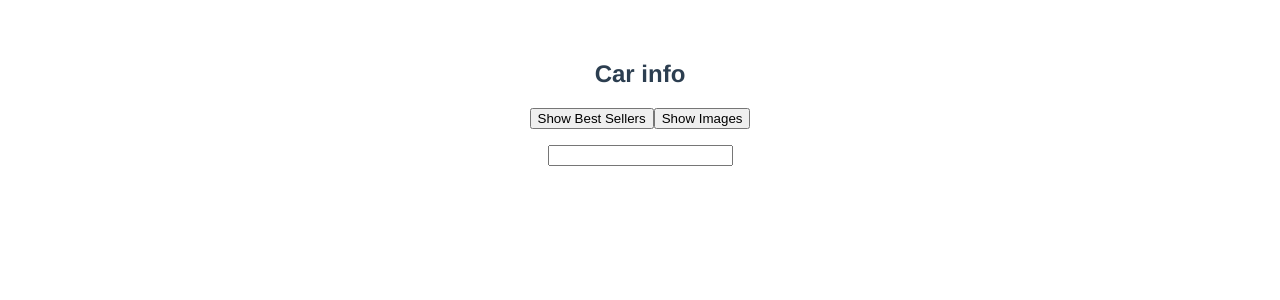
Repository: shadowmare358/vueVinCheck
Page: /
The author's editor kept a copy of each file at every save. The page is drawn from the files as they stood at one save, then again after the next save.
The browser window is 1280 px wide. The pictures show the whole page.
The project was rebuilt for these pictures with package versions that can differ from the ones it lists, and the page was loaded fresh each time.

Above is the page before, as saved 2019-10-27 12:44:10.

### public/index.html
<!DOCTYPE html>
<html lang="en">
  <head>
    <meta charset="utf-8">
    <meta http-equiv="X-UA-Compatible" content="IE=edge">
    <meta name="viewport" content="width=device-width,initial-scale=1.0">
    <link rel="icon" href="<%= BASE_URL %>favicon.ico">
    <title>vue-carconfig</title>
  </head>
  <body>
    <noscript>
      <strong>We're sorry but vue-carconfig doesn't work properly without JavaScript enabled. Please enable it to continue.</strong>
    </noscript>
    <div id="app"></div>
    <!-- built files will be auto injected -->
  </body>
</html>

### src/App.vue
<template>
  <div id="app">
    <search></search>
  </div>
</template>

<script>
import Search from './components/Search.vue'

export default {
  name: 'app',
  components: {
    Search
  }
}

</script>

<style>
#app {
  font-family: 'Avenir', Helvetica, Arial, sans-serif;
  -webkit-font-smoothing: antialiased;
  -moz-osx-font-smoothing: grayscale;
  text-align: center;
  color: #2c3e50;
  margin-top: 60px;
}
</style>

### src/components/Search.vue
<template>
  <div class="search">
    <h2>Car info</h2>
    <button v-on:click="getResults()">Show Best Sellers</button>
    <button v-on:click="getImageResults()">Show Images</button>
    <div v-if="!carResults"></div>
    <ul>
        <li v-for="result in carResults" v-bind:key="result.id">{{result.make}} {{result.model}} Number of cars sold: {{result.count}}</li>
        <img v-for="item in imagesResults" v-bind:key="item.id" :src="item.image.thumbnailLink"/>
    </ul>
    <p>{{carResults.model}}</p>
    <input type="text" v-model="query" />
  </div>
</template>

<script>
export default {
  name: "search",
  data() {
    return {
      msg: "Search",
      query: "",
      carResults: "",
      imagesResults: [],
      testQuery: "flower"
    };
  },
  methods: {
    async getResults() {
        const marketApiKey = "NuJ2q06UO5TRrFU2QfhteMzvIPRz5sNu"
      await fetch(
        `https://marketcheck-prod.apigee.net/v1/popular/cars?api_key=${marketApiKey}&car_type=new`,
        {
          mode: "cors",
          headers: {
            host: "marketcheck-prod.apigee.net",
            "Access-Control-Allow-Origin": "*",
            "Content-Type": "multipart/form-data",
            "Access-Control-Allow-Credentials": true
          }
        }
      )
        .then(response => response.json())
        .then(myJson => this.carResults = myJson.slice(0,10))
        .catch(err => alert(`Cannot get requested data ${err}`));
    },
    async getImageResults(){
         const cxKey = '001912728085642910227:akqkacx3uim';
         const googleApiKey = 'AIzaSyCAJ2rKXL-X_daAy2dveCO--E5ciLgIK6k';

        this.carResults.forEach(carResult => {
        fetch(
        `https://www.googleapis.com/customsearch/v1?q=${carResult}&key=${googleApiKey}&cx=${cxKey}&searchType=image&fileType=jpg&imgSize=small&alt=json`
      )
        .then(response => response.json())
        .then(myJson => this.imagesResults.push(myJson.items[0].image.thumbnailLink))
        .catch(err => alert(`Cannot get requested data ${err}`));
        });
    }
  }
};
</script>
<style  scoped>
li{
    list-style: none;
}
</style>

Loaded but not shown: src/main.js (common file)

After the next save:
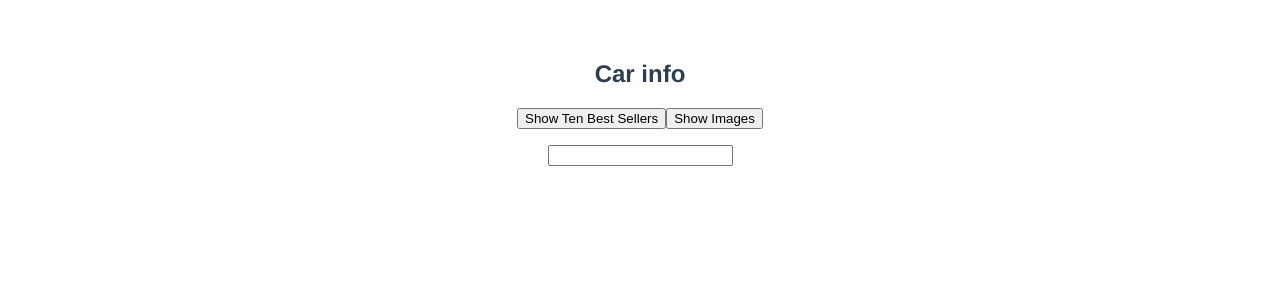
Saved 20 s later.
--- a/src/components/Search.vue
+++ b/src/components/Search.vue
@@ -1,7 +1,7 @@
 <template>
   <div class="search">
     <h2>Car info</h2>
-    <button v-on:click="getResults()">Show Best Sellers</button>
+    <button v-on:click="getResults()">Show Ten Best Sellers</button>
     <button v-on:click="getImageResults()">Show Images</button>
     <div v-if="!carResults"></div>
     <ul>
